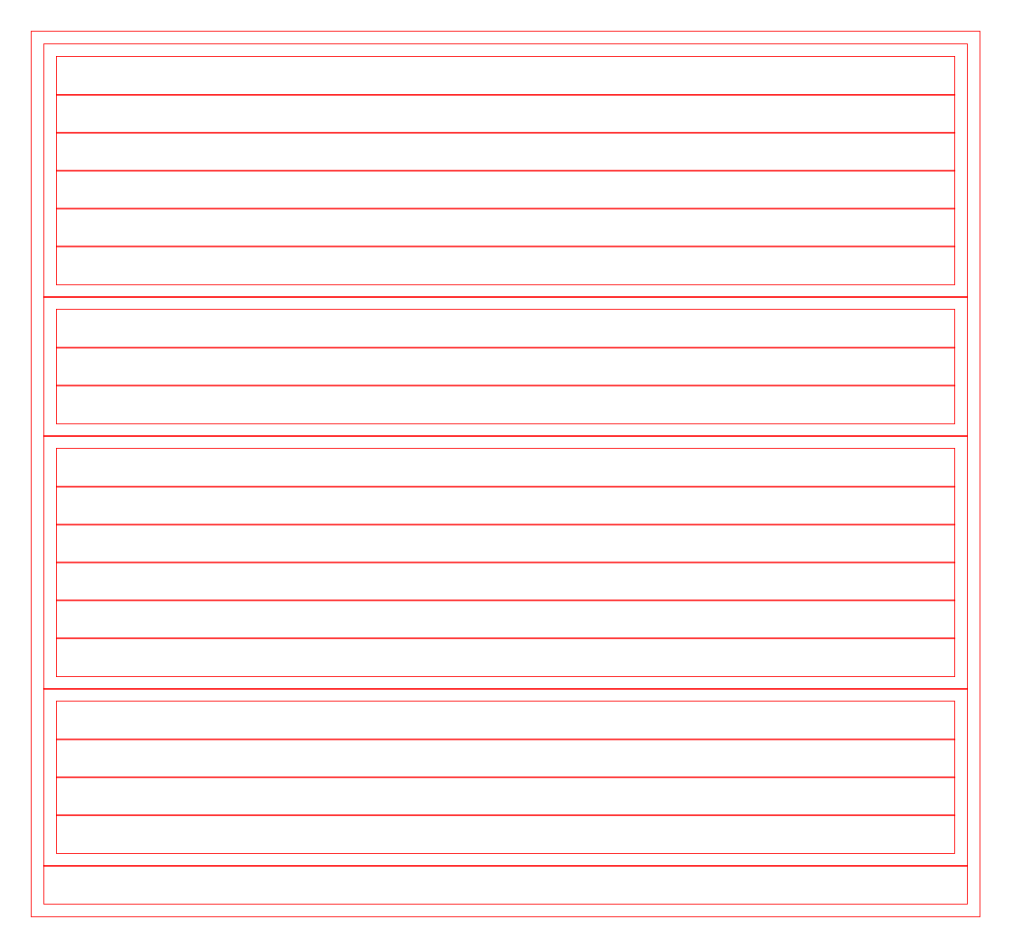
Repository: JacobSkilling-dot/Project1-Blog
Page: Week3-Blog.html
The author's editor kept a copy of each file at every save. The page is drawn from the files as they stood at one save, then again after the next save.
The browser window is 1280 px wide. The pictures show the whole page, at 79% of full size.

Above is the page before, as saved 2023-01-18 16:41:51.

After the next save:
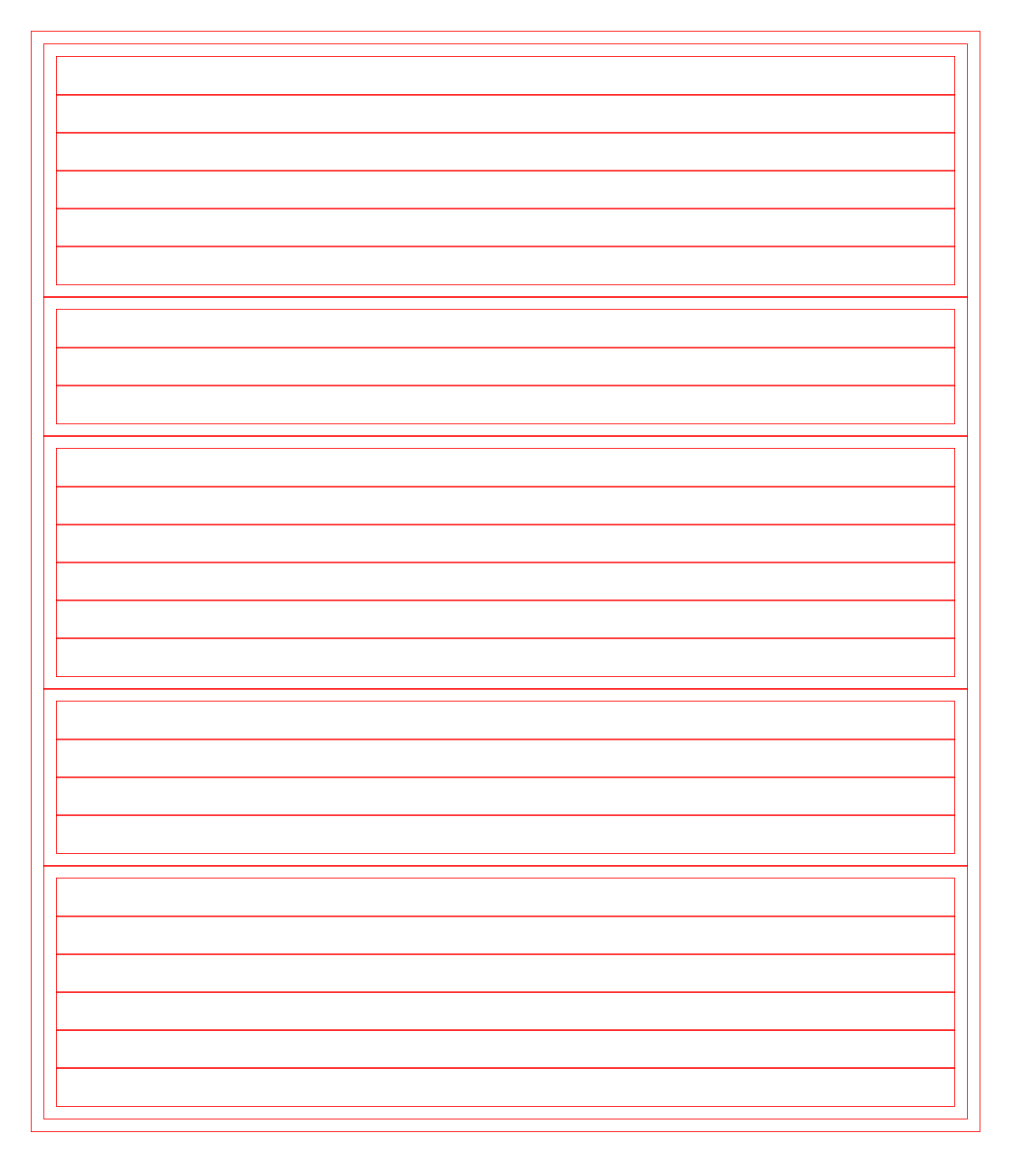
Saved 2 min 45 s later.
--- a/Week3-Blog.html
+++ b/Week3-Blog.html
@@ -39,14 +39,22 @@
         </div>
 
         <div class="sidebar">
-        <div class="sidebar-text1"></div>
-        <div class="sidebar-text2"></div>
-        <div class="sidebar-text3"></div>
-        <div class="sidebar-text4"></div>
+            <div class="sidebar-text1"></div>
+            <div class="sidebar-text2"></div>
+            <div class="sidebar-text3"></div>
+            <div class="sidebar-text4"></div>
         </div>
 
 
-        <div class="footer"></div>
+        <div class="footer">
+            <div class="header-footer"></div>
+            <div class="column1"></div>
+            <div class="column2"></div>
+            <div class="column3"></div>
+            <div class="column4"></div>
+            <div class="footer-text"></div>
+        </div>
+
 
     </div>
     </div>
